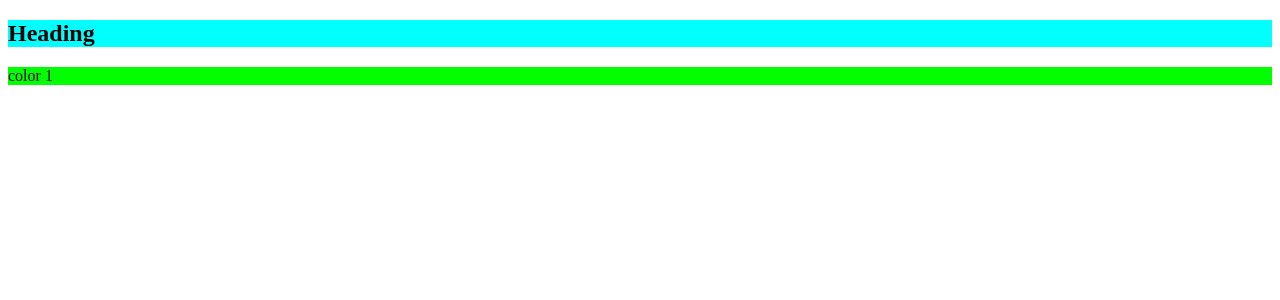
Repository: yeosong-SMU/Java-Fulls-tack
Page: html/src/main/webapp/ch02/color.html
An editor plug-in stored every save of this project. The page is shown before and after the next save, followed by the edit.
The browser window is 1280 px wide. The pictures show the whole page.

Above is the page before, as saved 2025-04-01 01:41:12.

After the next save:
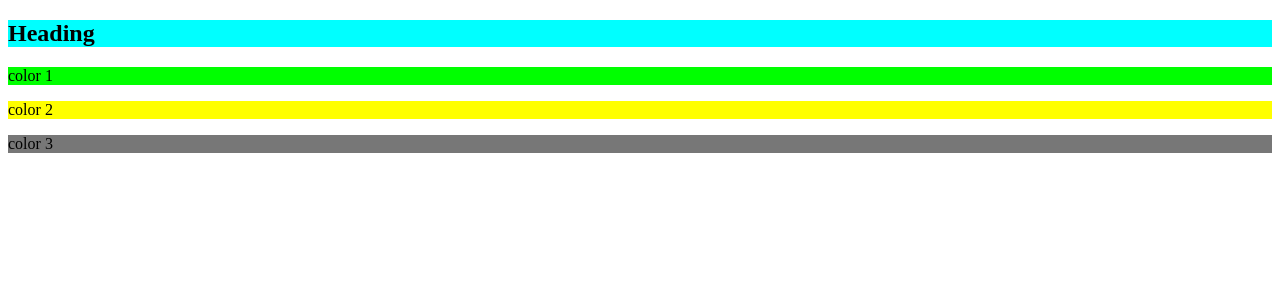
Saved 6 min 48 s later.
--- a/html/src/main/webapp/ch02/color.html
+++ b/html/src/main/webapp/ch02/color.html
@@ -13,6 +13,7 @@
 <body>
 <h2>Heading</h2>
 <p class="a">color 1</p>
-
+<p class="b">color 2</p>
+<p class="c">color 3</p>
 </body>
 </html>
